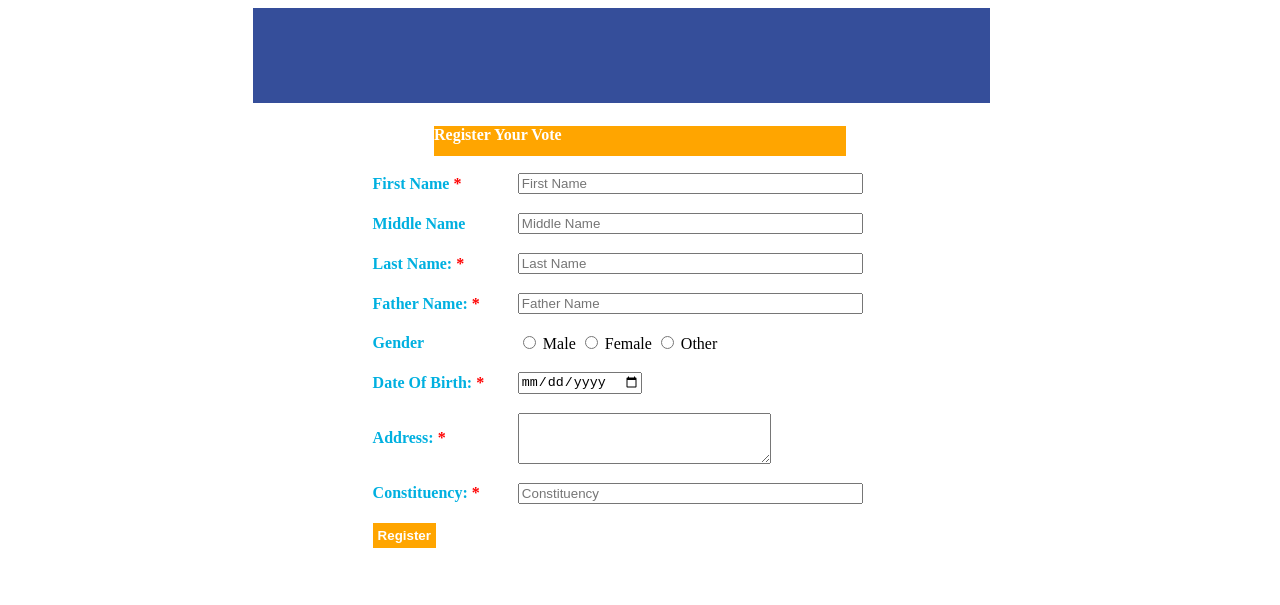
Repository: KameshV95/My-Projects
Page: http://localhost/VoterRegistration/WEB-INF/views/VoterRegistration.jsp
An editor plug-in stored every save of this project. The page is shown before and after the next save, followed by the edit.
The browser window is 1280 px wide. The pictures show the whole page.
The page is served by Tomcat 9. Nobody is signed in. The template is opened directly, without the code that normally fills it, so the values that code supplies are empty.

Above is the page before, as saved 2019-03-16 13:01:24.

After the next save:
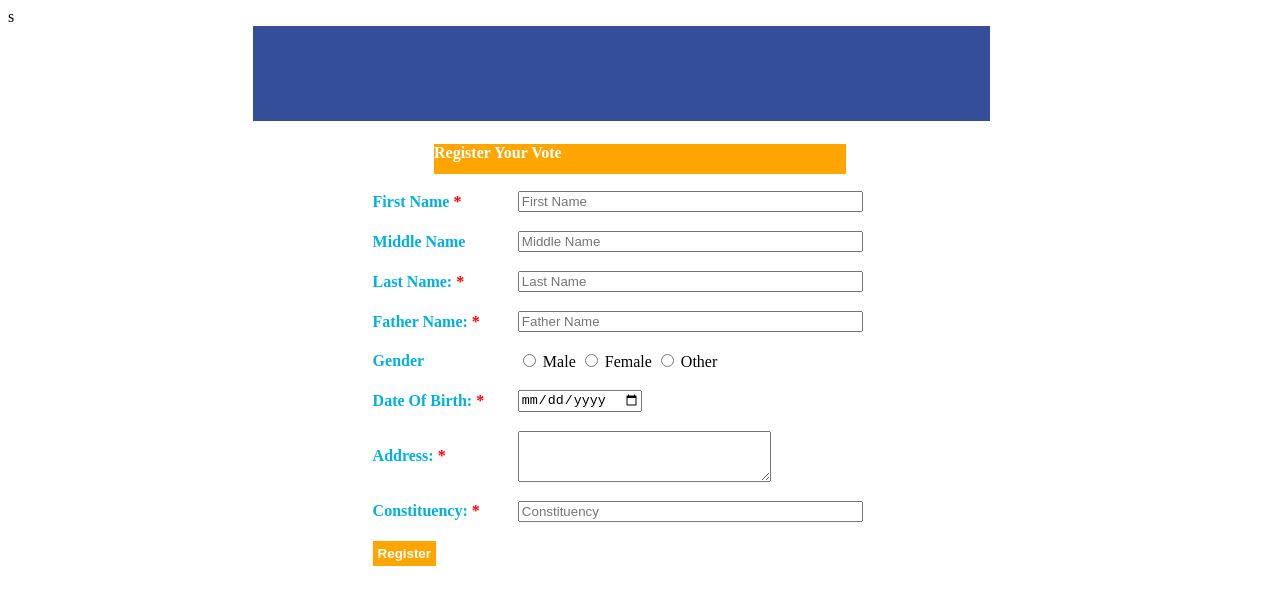
Saved 24 s later.
--- a/VoterRegistration/src/main/webapp/WEB-INF/views/VoterRegistration.jsp
+++ b/VoterRegistration/src/main/webapp/WEB-INF/views/VoterRegistration.jsp
@@ -5,7 +5,7 @@
 <head>
 <meta http-equiv="Content-Type" content="text/html; charset=ISO-8859-1">
 <title>VoterId Registration</title>
-
+s
 </head>
 <body background="">
 
